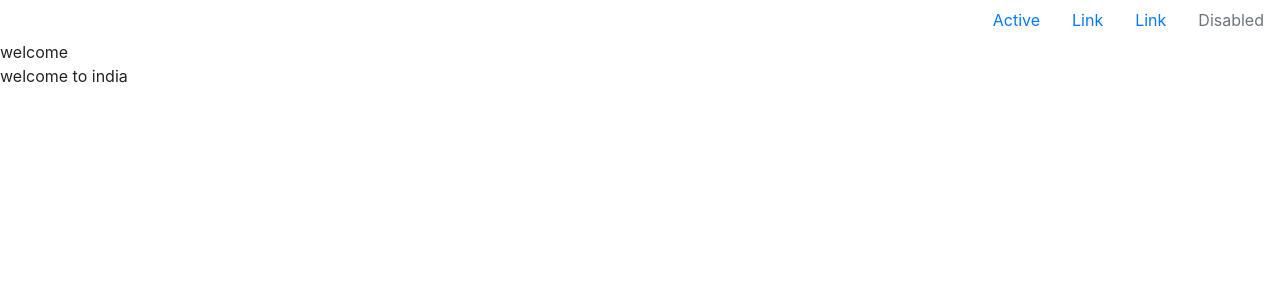
Repository: Green-Technologies-Angular/HTML
Page: index.html
These files come from the project's save history. The page is drawn as it stood at one moment and after the next save; the edit follows.
The browser window is 1280 px wide. The pictures show the whole page.
Some web libraries are served in a nearby version.

Above is the page before, as saved 2019-01-30 09:41:38.

### index.html
<!DOCTYPE html>
<html>

<head>
    <title>Title of the document</title>
    <link rel="stylesheet" href="https://stackpath.bootstrapcdn.com/bootstrap/4.2.1/css/bootstrap.min.css" integrity="sha384-GJzZqFGwb1QTTN6wy59ffF1BuGJpLSa9DkKMp0DgiMDm4iYMj70gZWKYbI706tWS"
        crossorigin="anonymous">
    <style>
        #name{
            color:red;
        }
        #name{
            color:green;
        }
    </style>
</head>

<body>
    <ul class="nav justify-content-end">
        <li class="nav-item">
            <a class="nav-link active" href="#">Active</a>
        </li>
        <li class="nav-item">
            <a class="nav-link" href="#">Link</a>
        </li>
        <li class="nav-item">
            <a class="nav-link" href="#">Link</a>
        </li>
        <li class="nav-item">
            <a class="nav-link disabled" href="#" tabindex="-1" aria-disabled="true">Disabled</a>
        </li>
    </ul>
    <div class="name" >
        welcome
    </div>
    <div class="name">
        welcome to india
    </div>
    <script src="https://code.jquery.com/jquery-3.3.1.slim.min.js" integrity="sha384-q8i/X+965DzO0rT7abK41JStQIAqVgRVzpbzo5smXKp4YfRvH+8abtTE1Pi6jizo"
        crossorigin="anonymous"></script>
    <script src="https://cdnjs.cloudflare.com/ajax/libs/popper.js/1.14.6/umd/popper.min.js" integrity="sha384-wHAiFfRlMFy6i5SRaxvfOCifBUQy1xHdJ/yoi7FRNXMRBu5WHdZYu1hA6ZOblgut"
        crossorigin="anonymous"></script>
    <script src="https://stackpath.bootstrapcdn.com/bootstrap/4.2.1/js/bootstrap.min.js" integrity="sha384-B0UglyR+jN6CkvvICOB2joaf5I4l3gm9GU6Hc1og6Ls7i6U/mkkaduKaBhlAXv9k"
        crossorigin="anonymous"></script>
</body>

</html>

After the next save:
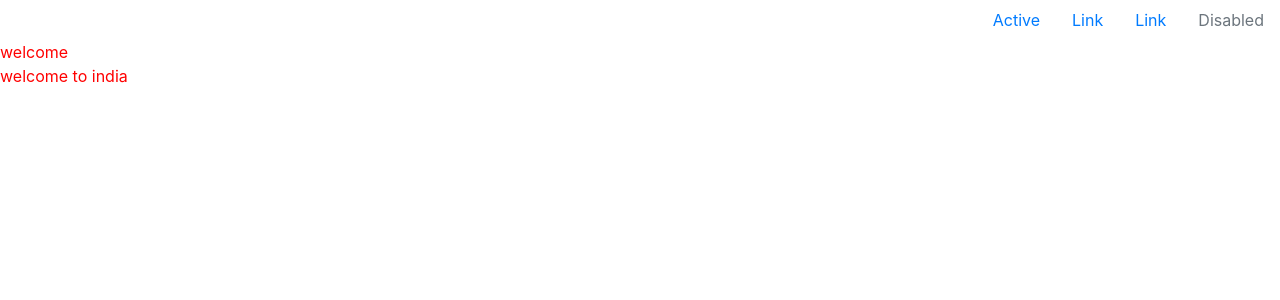
Saved 78 s later.
--- a/index.html
+++ b/index.html
@@ -6,11 +6,8 @@
     <link rel="stylesheet" href="https://stackpath.bootstrapcdn.com/bootstrap/4.2.1/css/bootstrap.min.css" integrity="sha384-GJzZqFGwb1QTTN6wy59ffF1BuGJpLSa9DkKMp0DgiMDm4iYMj70gZWKYbI706tWS"
         crossorigin="anonymous">
     <style>
-        #name{
+        .name{
             color:red;
-        }
-        #name{
-            color:green;
         }
     </style>
 </head>
